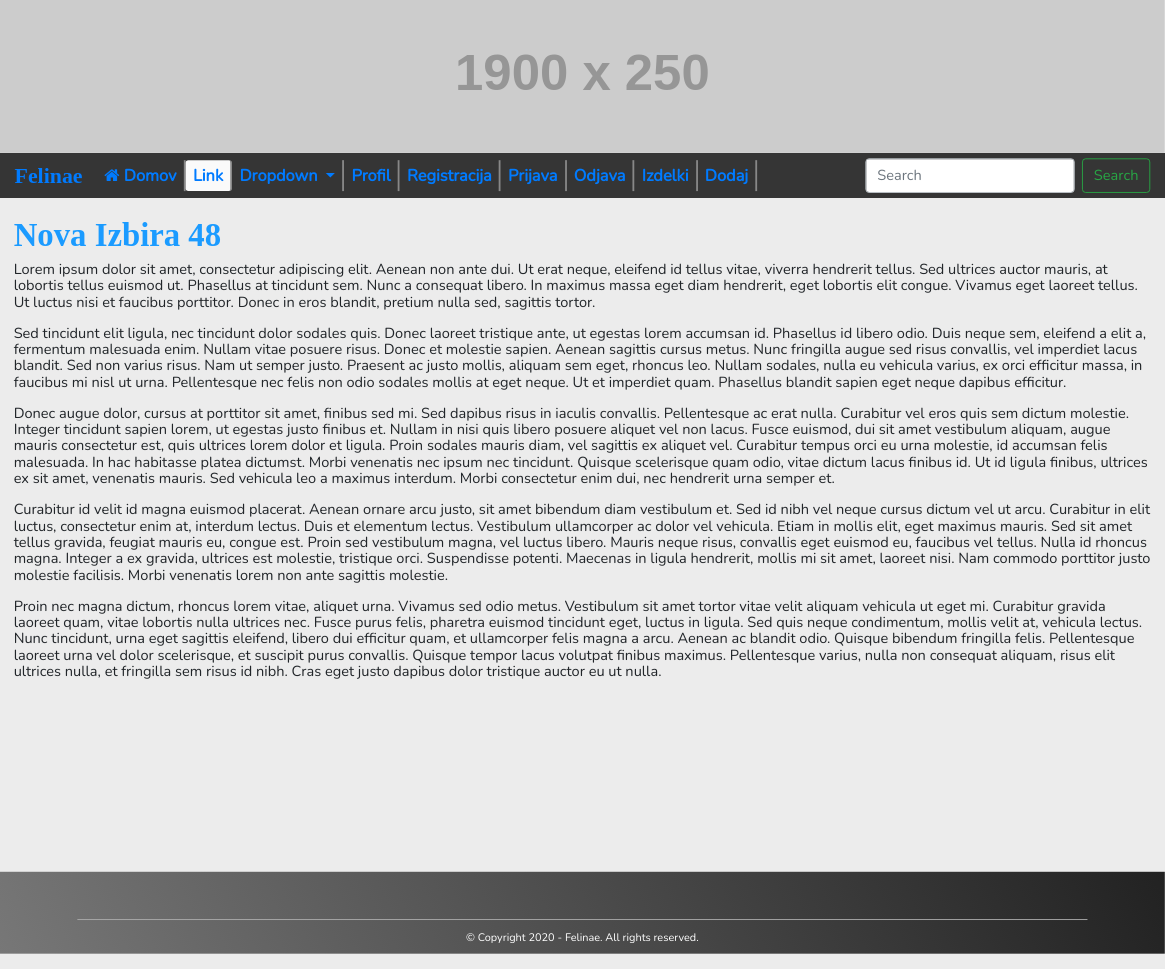
Repository: UrbyK/Felinae
Page: http://localhost/index.php?page=home
These files come from the project's save history. The page is drawn as it stood at one moment and after the next save; the edit follows.
The browser window is 1280 px wide. The pictures show the whole page, at 91% of full size.
Some web fonts or font styles are not loaded; a fallback is used. The page is run by PHP 8.4 with error messages shown; the project is at /var/www/html/.

Above is the page before, as saved 2020-08-29 18:24:59.

### index.php
<?php
    session_start();

    include './functions.php';

    $pdo = pdo_connect_mysql();

    $_GET   = filter_input_array(INPUT_GET, FILTER_SANITIZE_STRING);
    $_POST  = filter_input_array(INPUT_POST, FILTER_SANITIZE_STRING);

    $page = isset($_GET['page']) && file_exists($_GET['page']. '.php') ? $_GET['page'] : 'home';
    include $page . '.php';

?>

### functions.php
<?php
    include './includes/dbh.inc.php';

    include_once('./includes/search-functions.php');
    include_once('./includes/picture-upload.inc.php');

    function template_header($title){
        include_once('./header.php');
    }

    function template_footer(){
        include_once('./footer.php');
    }


    function countries(){
        $pdo = pdo_connect_mysql();
        $stmt = $pdo->prepare("SELECT * FROM country");
        $stmt->execute();
        $result = $stmt->fetchAll(PDO::FETCH_ASSOC);
        return $result;
    }

    function slugify($string){
        return strtolower(trim(preg_replace('/[^A-Za-z0-9-]+/', '-', $string), '-'));
    }

    function get_image($product_id){
        $pdo = pdo_connect_mysql();
        $stmt = $pdo->prepare("SELECT * FROM product_image WHERE product_id = ?");
        $stmt->execute([$product_id]);
        $result = $stmt->fetchAll(PDO::FETCH_ASSOC);
        return $result;
    }

    function retail_price($product_id){
        $pdo = pdo_connect_mysql();
        $stmt = $pdo->prepare("SELECT * FROM product WHERE ID = ?");
        $stmt->execute([$product_id]);
        $product = $stmt->fetch();

        if($product['startsAt'] <= date('Y-m-d H:i:s') && date('Y-m-d H:i:s') <= $product['endsAt']){
            $retail_price = round($product['price']-($product['price']*($product['discount']/100)), 2);
        }
        else{
            $retail_price = $product['price'];
        }

        return $retail_price;

    }

?>

### includes/dbh.inc.php
<?php
    function pdo_connect_mysql(){
        /* credentials */
        $dbHost = 'localhost';
        $dbUser = 'root';
        $dbPass = '';
        $dbName = 'felinae';

        try{
            return new PDO('mysql:host=' . $dbHost . ';dbname=' . $dbName . ';charset=utf8', $dbUser, $dbPass);
        } catch (PDOException $exception) {
            // If there is an error with the connection, stop the script and display the error.
            die ('Failed to connect to database!'. $exception->getMessage());
        }
    }
?>

### includes/search-functions.php
<?php
    function get_city($pdo, $city, $postalCode, $country_id){

        $query = "SELECT * FROM city WHERE country_id = ? AND lower(city) LIKE lower(?) AND postalCode = ?";
        $stmt = $pdo->prepare($query);
        $stmt->execute([$country_id, $city, $postalCode]);
        return $stmt;
    }
?>

### includes/picture-upload.inc.php
<?php

    function image_upload($product_id, $url, $caption, $i){

        $pdo = pdo_connect_mysql();
        $target_dir = "./uploads/";
        $relative_dir = "./uploads/";

        $change_name = date("Y-m-d-h-i-s")."-".$product_id."-".basename($url);
        $change_name;
        $target_file = $target_dir . $change_name;
        $relative_file = $relative_dir . $change_name;

        $uploadOk = 1;
        $imageFileType = strtolower(pathinfo($target_file,PATHINFO_EXTENSION));

        if(isset($_POST["submit"])) {
            $check = getimagesize($_FILES["image"]["tmp_name"][$i]);
            if($check !== false) {
                //echo "File is an image - " . $check["mime"] . ".";
                $uploadOk = 1;
            } else {
                //echo "File is not an image.";
                $uploadOk = 0;
            }
        }

        if($imageFileType != "jpg" && $imageFileType != "png" && $imageFileType != "jpeg"
        && $imageFileType != "gif" ) {
            $uploadOk = 0;
        }

        if ($uploadOk == 1) {
            if (move_uploaded_file($_FILES["image"]["tmp_name"][$i], $target_file)) {
                //vse je ok, zapišem še v bazo
                $query = "INSERT INTO product_image(product_id, image, caption) VALUES (?,?,?)";
                $stmt = $pdo->prepare($query);
                $stmt->execute([$product_id, $relative_file, $caption]);
            }
        }
    }

?>

### home.php
<?=template_header('Home')?>
<div class="row">
    <h1>Nova Izbira 48</h1>
    <p>
    Lorem ipsum dolor sit amet, consectetur adipiscing elit. Aenean non ante dui. Ut erat neque, eleifend id tellus vitae, viverra hendrerit tellus. Sed ultrices auctor mauris, at lobortis tellus euismod ut. Phasellus at tincidunt sem. Nunc a consequat libero. In maximus massa eget diam hendrerit, eget lobortis elit congue. Vivamus eget laoreet tellus. Ut luctus nisi et faucibus porttitor. Donec in eros blandit, pretium nulla sed, sagittis tortor.
    </p>
    <p>
    Sed tincidunt elit ligula, nec tincidunt dolor sodales quis. Donec laoreet tristique ante, ut egestas lorem accumsan id. Phasellus id libero odio. Duis neque sem, eleifend a elit a, fermentum malesuada enim. Nullam vitae posuere risus. Donec et molestie sapien. Aenean sagittis cursus metus. Nunc fringilla augue sed risus convallis, vel imperdiet lacus blandit. Sed non varius risus. Nam ut semper justo. Praesent ac justo mollis, aliquam sem eget, rhoncus leo. Nullam sodales, nulla eu vehicula varius, ex orci efficitur massa, in faucibus mi nisl ut urna. Pellentesque nec felis non odio sodales mollis at eget neque. Ut et imperdiet quam. Phasellus blandit sapien eget neque dapibus efficitur.
    </p>
    <p>
    Donec augue dolor, cursus at porttitor sit amet, finibus sed mi. Sed dapibus risus in iaculis convallis. Pellentesque ac erat nulla. Curabitur vel eros quis sem dictum molestie. Integer tincidunt sapien lorem, ut egestas justo finibus et. Nullam in nisi quis libero posuere aliquet vel non lacus. Fusce euismod, dui sit amet vestibulum aliquam, augue mauris consectetur est, quis ultrices lorem dolor et ligula. Proin sodales mauris diam, vel sagittis ex aliquet vel. Curabitur tempus orci eu urna molestie, id accumsan felis malesuada. In hac habitasse platea dictumst. Morbi venenatis nec ipsum nec tincidunt. Quisque scelerisque quam odio, vitae dictum lacus finibus id. Ut id ligula finibus, ultrices ex sit amet, venenatis mauris. Sed vehicula leo a maximus interdum. Morbi consectetur enim dui, nec hendrerit urna semper et.
    </p>
    <p>
    Curabitur id velit id magna euismod placerat. Aenean ornare arcu justo, sit amet bibendum diam vestibulum et. Sed id nibh vel neque cursus dictum vel ut arcu. Curabitur in elit luctus, consectetur enim at, interdum lectus. Duis et elementum lectus. Vestibulum ullamcorper ac dolor vel vehicula. Etiam in mollis elit, eget maximus mauris. Sed sit amet tellus gravida, feugiat mauris eu, congue est. Proin sed vestibulum magna, vel luctus libero. Mauris neque risus, convallis eget euismod eu, faucibus vel tellus. Nulla id rhoncus magna. Integer a ex gravida, ultrices est molestie, tristique orci. Suspendisse potenti. Maecenas in ligula hendrerit, mollis mi sit amet, laoreet nisi. Nam commodo porttitor justo molestie facilisis. Morbi venenatis lorem non ante sagittis molestie.
    </p>
    <p>
    Proin nec magna dictum, rhoncus lorem vitae, aliquet urna. Vivamus sed odio metus. Vestibulum sit amet tortor vitae velit aliquam vehicula ut eget mi. Curabitur gravida laoreet quam, vitae lobortis nulla ultrices nec. Fusce purus felis, pharetra euismod tincidunt eget, luctus in ligula. Sed quis neque condimentum, mollis velit at, vehicula lectus. Nunc tincidunt, urna eget sagittis eleifend, libero dui efficitur quam, et ullamcorper felis magna a arcu. Aenean ac blandit odio. Quisque bibendum fringilla felis. Pellentesque laoreet urna vel dolor scelerisque, et suscipit purus convallis. Quisque tempor lacus volutpat finibus maximus. Pellentesque varius, nulla non consequat aliquam, risus elit ultrices nulla, et fringilla sem risus id nibh. Cras eget justo dapibus dolor tristique auctor eu ut nulla.
    </p>
</div>

<?=template_footer()?>

### header.php
<!DOCTYPE html>
<html>
    <head>
        <meta charset="utf-8" content="text/html"/>
        <meta name="viewport" content="width=device-width, intital-scale=1.0"/>

        <!-- JavaScript -->
        <script src="https://code.jquery.com/jquery-3.5.1.js" integrity="sha256-QWo7LDvxbWT2tbbQ97B53yJnYU3WhH/C8ycbRAkjPDc=" crossorigin="anonymous"></script>
        <!-- Boostrap -->
            <!-- CSS -->
        <link rel="stylesheet" href="https://stackpath.bootstrapcdn.com/bootstrap/4.5.0/css/bootstrap.min.css"
            integrity="sha384-9aIt2nRpC12Uk9gS9baDl411NQApFmC26EwAOH8WgZl5MYYxFfc+NcPb1dKGj7Sk" crossorigin="anonymous" />

            <!-- JavaScript -->
        <script src="https://stackpath.bootstrapcdn.com/bootstrap/4.5.0/js/bootstrap.bundle.min.js"
             integrity="sha384-1CmrxMRARb6aLqgBO7yyAxTOQE2AKb9GfXnEo760AUcUmFx3ibVJJAzGytlQcNXd" crossorigin="anonymous"></script>

        <!-- FONTAWESOME -->
        <link rel="stylesheet" href="https://stackpath.bootstrapcdn.com/font-awesome/4.7.0/css/font-awesome.min.css" integrity="sha384-wvfXpqpZZVQGK6TAh5PVlGOfQNHSoD2xbE+QkPxCAFlNEevoEH3Sl0sibVcOQVnN"
         crossorigin="anonymous">

         <script src="./js/active-menu.js" crossorigin="anonymous"></script>

         <!--CUSTOM CSS-->
         <link rel="stylesheet" href="./css/style.css">

        <title>Felinae</title>
    </head>

    <body>

        <header>
            <div class="banner"><img src="https://via.placeholder.com/1900x250" alt="banner"></div>
        </header>

       <!-- <nav class="navbar sticky-top navbar-expand-lg navbar-light bg-light ">-->
        <nav class="navbar sticky-top navbar-expand-lg">
            <a class="navbar-brand" href="#">Felinae</a>
            <button class="navbar-toggler ml-auto custom-toggler" type="button" data-toggle="collapse" data-target="#navbarSupportedContent" aria-controls="navbarSupportedContent" aria-expanded="false" aria-label="Toggle navigation">
                <span class="navbar-toggler-icon"></span>
            </button>

            <div class="collapse navbar-collapse" id="navbarSupportedContent">

                <ul class="navbar-nav mr-auto">
                    <li class="nav-item">
                        <a class="nav-link" href="./index.php"><i class="fa fa-home" aria-hidden="true"></i> Domov <span class="sr-only">(current)</span></a>
                    </li>
                    <li class="nav-item">
                        <a class="nav-link" href="./index.php?page=home">Link</a>
                    </li>
                    <li class="nav-item dropdown" >
                        <a class="nav-link dropdown-toggle" href="#" id="navbarDropdown" role="button" data-toggle="dropdown" aria-haspopup="true" aria-expanded="false">
                        Dropdown
                        </a>
                        <div class="dropdown-menu" aria-labelledby="navbarDropdown">
                        <a class="dropdown-item" href="#">Action</a>
                        <a class="dropdown-item" href="#">Another action</a>
                        <div class="dropdown-divider"></div>
                        <a class="dropdown-item" href="#">Something else here</a>
                        </div>
                    </li>

                    <li class="nav-item">
                        <a class="nav-link" href="./index.php?page=profile">Profil</a>
                    </li>
                    <li class="nav-item">
                        <a class="nav-link" href="./index.php?page=register-user">Registracija</a>
                    </li>
                    <li class="nav-item">
                        <a class="nav-link" href="./index.php?page=login">Prijava</a>
                    </li>
                    <li class="nav-item">
                        <a class="nav-link" href="./index.php?page=logout">Odjava</a>
                    </li>
                    <li class="nav-item">
                        <a class="nav-link" href="./index.php?page=products">Izdelki</a>
                    </li>
                    <li class="nav-item">
                        <a class="nav-link" href="./index.php?page=product-add">Dodaj</a>
                    </li>

                </ul>

                <form class="form-inline my-2 my-lg-0">
                    <input class="form-control mr-sm-2" type="search" placeholder="Search" aria-label="Search">
                    <button class="btn btn-outline-success my-2 my-sm-0" type="submit">Search</button>
                </form>

            </div>
        </nav>

    <div class="container-fluid">

### footer.php
    </div><!-- class="container-fluid" --->

        <footer class="page-footer font-small flow-footer" id="footer" role="contentinfo">
            <div class="footer-wrapper">
                <div class="container container-footer">
                    <div class="row">

                        <div class="col-12 copy">

                            <p class="text-center">&copy; Copyright 2020 - Felinae.  All rights reserved.</p>

                        </div>

                    </div>
                </div>
            </div>
        </footer>





    </body>
</html>

### js/active-menu.js
$(function(){
    // this will get the full URL at the address bar
    var url = window.location.href;

    // passes on every "a" tag
    $(".navbar a").each(function() {
            // checks if its the same on the address bar
        if(url === (this.href)) {
            $(this).closest("li").addClass("active");
        }
    });
});

### css/style.css
@import url('http://fonts.googleapis.com/css?family=Oxygen+Mono');
@import url('https://fonts.googleapis.com/css?family=Damion|Neucha|Pacifico|Yellowtail&display=swap');
@import url('https://fonts.googleapis.com/css2?family=Crimson+Text&family=Nunito&family=Overlock&family=Source+Sans+Pro&display=swap');
@import url('https://fonts.googleapis.com/css2?family=Love+Ya+Like+A+Sister&display=swap');

html{
  height: 100%;
}
*{
    text-decoration: none;
    list-style: none;
}

body{
    padding: 0;
    margin: 0 auto;
    font-size: 16px;
    line-height: 1.125em;
    height: 100%;
    min-height: 100%;
    font-family: 'Nunito', 'Source Sans Pro', sans-serif;
    background-color: #ececec;
}

h1, h2, h3, h4, h5, h6{
    font-family: 'Overlock', 'Crimson Text', cursive, serif;
    color: #1b9bff;
    font-weight: 550;
    line-height: 1.125em;
}

h1{
    font-size: 36px;
}
h2{
    font-size: 32px;
}
h3{
    font-size: 28px;
}
h4{
    font-size: 24px;
}
h5{
    font-size: 20px;
}
h6{
    font-size: 16px;
}

.container, .container-fluid{
  height: 100%;
}

/* BANNER */
.banner img{
    width: 100%;
    height: auto;
}

/*NAVBAR*/
.navbar{
    background-color: rgb(53,53,53);
    font-size: 18px;
    font-weight: 600;
    max-height: 50px;
}

.navbar-brand{
    font-size: 24px;
    font-family: 'Love Ya Like A Sister','Overlock';
    font-weight: 800;

}

.custom-toggler .navbar-toggler-icon {
    background-image: url("data:[embedded picture, 239 characters]");
  }

  .custom-toggler, .navbar-toggler {
    border-color: rgb(27, 155, 255);
    border-width: 2px;
  }

  .active{
    background-color: #FAFAFA;
    border-radius: 3px;
  }
.navbar-nav .nav-item{
    border-right: 2px solid #888;
}

/*=======FOOTER=========*/
footer {
  background: #535355;
  background: -webkit-linear-gradient(63deg, #777777, #222222);
  background: linear-gradient(63deg, #777777, #222222);
  color: white;
  height: 90px;
  position: relative;
  width: 100%;
}

footer a {
  color: #fefefe;
  font-size: 14px;
  transition-duration: 0.2s;
}

footer a:hover {
  color: #1b9bff;
  text-decoration: none;
}

.copy {
  font-size: 12px;
  padding: 10px;
  border-top: 1px solid #aaa;
}

.footer-wrapper {
  padding-top: 2em;
  color: white;
}



/*REGISTER/LOGIN FORM*/

.my-form .hint{
    font-size: 10px;
}

/*======PRODUCT ADD======*/
.form-group .col #charNum{
  float: right;
}

/*======== HOVERBOX ==============*/
/* displays text when you hover over the image */
.hvrbox,
.hvrbox * {
  box-sizing: border-box;
}

.hvrbox {
  position: relative;
  display: inline-block;
  overflow: hidden;

  height: 100%;
  width: auto;
  margin-top: 5%;
  padding-bottom: 10px;

  border-bottom: 1px dashed #aaa;
}

.hvrbox img {
  max-width: 100%;
  margin: auto;
}

.hvrbox .hvrbox-layer_bottom {
  display: block;
}

.hvrbox .hvrbox-layer_top {
  opacity: 0;
  position: absolute;
  top: 0;
  left: 0;
  right: 0;
  bottom: 0;
  width: 100%;
  height: 100%;
  background: rgba(0, 0, 0, 0.6);
  color: #fff;
  padding: 15px;
  -moz-transition: all 0.5s ease-in-out 0s;
  -webkit-transition: all 0.5s ease-in-out 0s;
  -ms-transition: all 0.5s ease-in-out 0s;
  transition: all 0.5s ease-in-out 0s;
}

.hvrbox:hover .hvrbox-layer_top,
.hvrbox.active .hvrbox-layer_top {
  opacity: 1;
  height: 100%;
}

.hvrbox .hvrbox-text {
  text-align: center;
  font-size: 17px;
  display: inline-block;
  position: absolute;
  top: 50%;
  left: 50%;
  -moz-transform: translate(-50%, -50%);
  -webkit-transform: translate(-50%, -50%);
  -ms-transform: translate(-50%, -50%);
  transform: translate(-50%, -50%);
}

.hvrbox .hvrbox-text_mobile {
  font-size: 15px;
  border-top: 1px solid rgb(179, 179, 179); /* for old browsers */
  border-top: 1px solid rgba(179, 179, 179, 0.7);
  margin-top: 5px;
  padding-top: 2px;
  display: none;
}

.hvrbox.active .hvrbox-text_mobile {
  display: block;
}

.hvrbox .hvrbox-layer_slideup {
  -moz-transform: translateY(100%);
  -webkit-transform: translateY(100%);
  -ms-transform: translateY(100%);
  transform: translateY(100%);
}

.hvrbox:hover .hvrbox-layer_slideup,
.hvrbox.active .hvrbox-layer_slideup {
  -moz-transform: translateY(0);
  -webkit-transform: translateY(0);
  -ms-transform: translateY(0);
  transform: translateY(0);
}

.hvrbox:hover .price{
  color: #fff;
  -moz-transition: color 0.8s ease 0s;
  -webkit-transition: color 0.8s ease 0s;
  -ms-transition: color 0.8s ease 0s;
  transition: color 0.8s ease 0s;
}

/*========PRODUCTS=========*/
.card-btn form input{
  max-width: 250px;
  width: 100%;
}

form input[type="number"] {
  width: 100%;
	padding: 10px;
	margin-bottom: 15px;
	border: 1px solid #aaa;
	color: #555555;
  border-radius: 5px;
  -moz-appearance: textfield;
}

form input[type="submit"] {
	background-color: #1b9bff;;
	border: 0;
	color: #FFFFFF;
	width: 100%;
	padding: 12px 0;
	text-transform: uppercase;
	font-size: 14px;
	font-weight: bold;
	border-radius: 5px;
  cursor: pointer;

}

form input[type="submit"]:hover {
	background-color: #1a5f94;;
}


.product-item {
  background-color: #fff;
  border: 1px solid black;
}

.product-name{
  font-size: 16px;
  /*padding-top: 15px;*/
  font-weight: bold;
  color: #1b9bff;
  font-family: 'Franklin Gothic Medium', 'Arial Narrow', Arial, sans-serif;
}

.product-name:hover{
color: #1a5f94;
}



/* THUMBNAIL FOR IMAGE PREVIEW ON PRODUCTS*/
.img-thumbnail{
  max-height: 100%;
  height: auto;
  width: auto;
}

.row{
  margin: 20px auto;
}


/* CARD */
.products-preview{
  max-height: 450px;
}

.products-preview-body{
  height: 200px;

}

.products-preview-body ul{
  list-style: none;
  padding: 0;
}
/*
.products-preview-body span {
  position: relative;
  display: block;
}*/

/*==products prices==*/
.card-btn{
  margin: 20px auto;
}

.price{
  font-weight: bold;
  font-size: 20px;
  color: #3f3f3f;
  }

.old-price{
  font-size: 20px;
  margin: 0 5px;
  font-weight: normal;
  color: #777;
}

.discount{
  font-size: 18px;
  color: #eee;
  font-weight: 900;
  border: 2px solid #009900;
  border-radius: 50%;
  background-color: #009900;
  margin: 3px;
  padding: 5px;
  float: right;
  text-decoration: none;
}

del, .old-price{
  text-decoration: line-through;
}

input[type=submit]:disabled{
  background-color: #346081;
}

.product-picture{
  display: flex;
  align-items: center;
  justify-content: center;
}

.product-picture img{
  align-items: center;
  justify-content: center;
  max-width: 100%;
  margin: auto;
  border: 2px solid #aaa;
  max-height: 650px;
  /*border-radius: 50px;*/
}



.product-info{
  margin: auto 0;
  padding-right: 5%;
  padding-bottom: 55px;
  background-color: #efefef;
}

.product-info h1 {
	font-size: 34px;
	font-weight: normal;
	margin: 0;
  padding: 20px 0 10px 0;
  color: #1b9bff;
  font-family:  'Franklin Gothic Medium', 'Arial Narrow', Arial, sans-serif;
}

.product-info .price {
	display: block;
	font-size: 22px;
}

.product-info form {
	display: flex;
	flex-flow: column;
  margin: 40px 0;
}

.product-info form input,
.card-btn form input{
  max-width: 250px;
  width: 100%;
}

.product-info form input[type="number"],
.card-btn form input[type="number"],
.cart form input[type="number"] {
  width: 100%;
	padding: 10px;
	margin-bottom: 15px;
	border: 1px solid #aaa;
	color: #555555;
  border-radius: 5px;
  -moz-appearance: textfield;
}

.product-info form input[type="submit"],
.card-btn form input[type="submit"] {
	background-color: #1b9bff;;
	border: 0;
	color: #FFFFFF;
	width: 100%;
	padding: 12px 0;
	text-transform: uppercase;
	font-size: 14px;
	font-weight: bold;
	border-radius: 5px;
  cursor: pointer;

}
.product-info form input[type="submit"]:hover,
.card-btn form input[type="submit"]:hover {
	background-color: #1a5f94;;
}
/*
.product-price .old-price{
  float: left;
}
*/
li .discount{
  float: none;
  text-decoration: none !important;
}

.product-price .retail-price{
  font-size: 38px;
  margin-top: 24px;
}

/*===CAROUSEL===*/
.carousel-control:hover{
  background-color: rgba(51, 51, 51, 0.5);
}

.carousel-inner {
  margin: auto 0;
}

.sales-date{
  margin-bottom: 10px;
  font-size: 18px;
  color: #009900;
}

.whitespace{
  white-space: pre-wrap;
}

.products-preview{
  margin: 5px auto;
}

.measurements{
  white-space: nowrap;
}

.measurements li{
  display: inline;
}


/*======FOOTER======*/

After the next save:
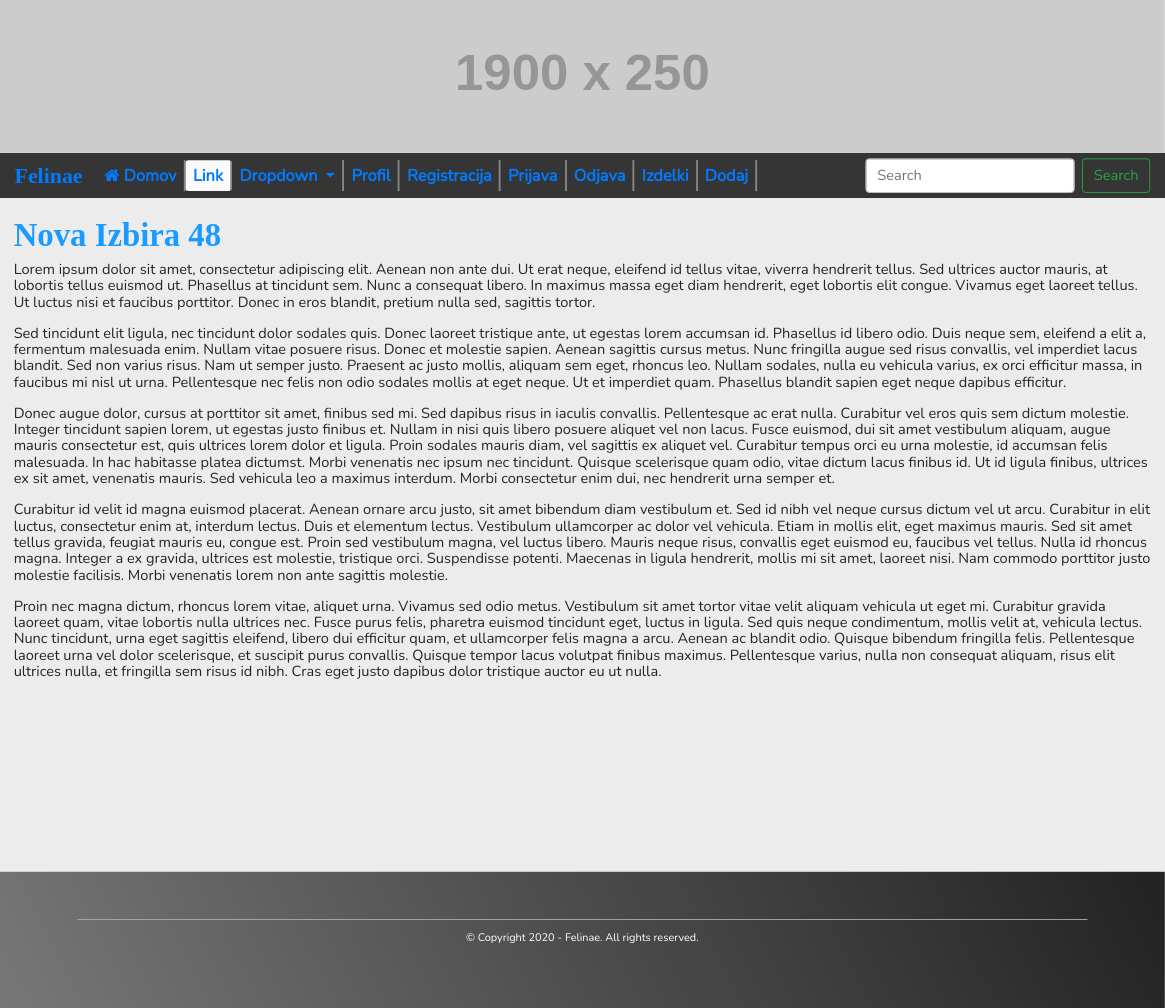
Saved 37 s later.
--- a/css/style.css
+++ b/css/style.css
@@ -96,7 +96,7 @@ footer {
   background: -webkit-linear-gradient(63deg, #777777, #222222);
   background: linear-gradient(63deg, #777777, #222222);
   color: white;
-  height: 90px;
+  height: 150px;
   position: relative;
   width: 100%;
 }
